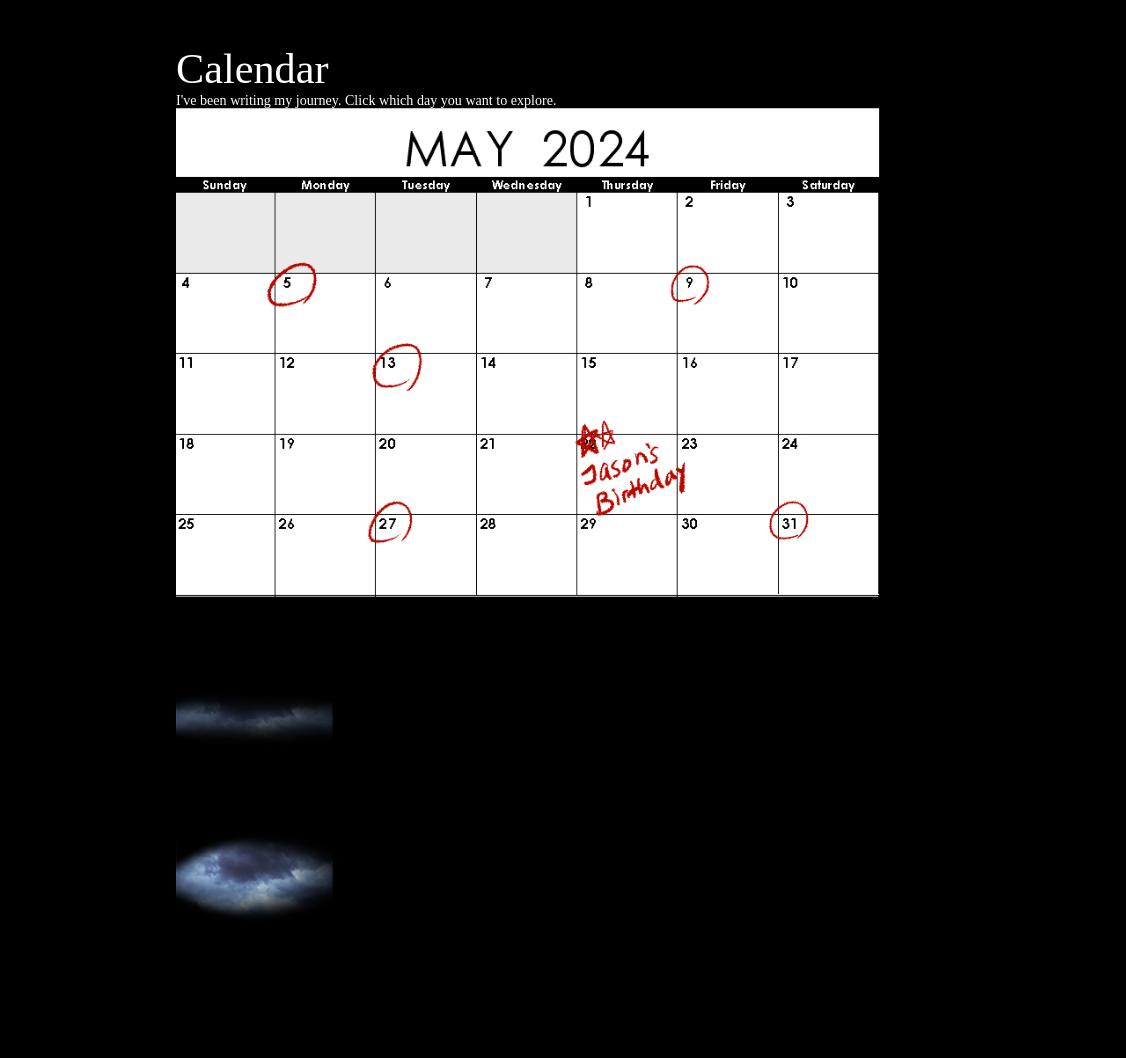
Repository: simj959/simj959.github.io
Page: final_website/page1.html
The author's editor kept a record of every edit. The page is drawn from the files as they stood at one moment, then again after the next edit.
The browser window is 1280 px wide. The pictures show the whole page, at 88% of full size.

Above is the page before.

After the next edit:
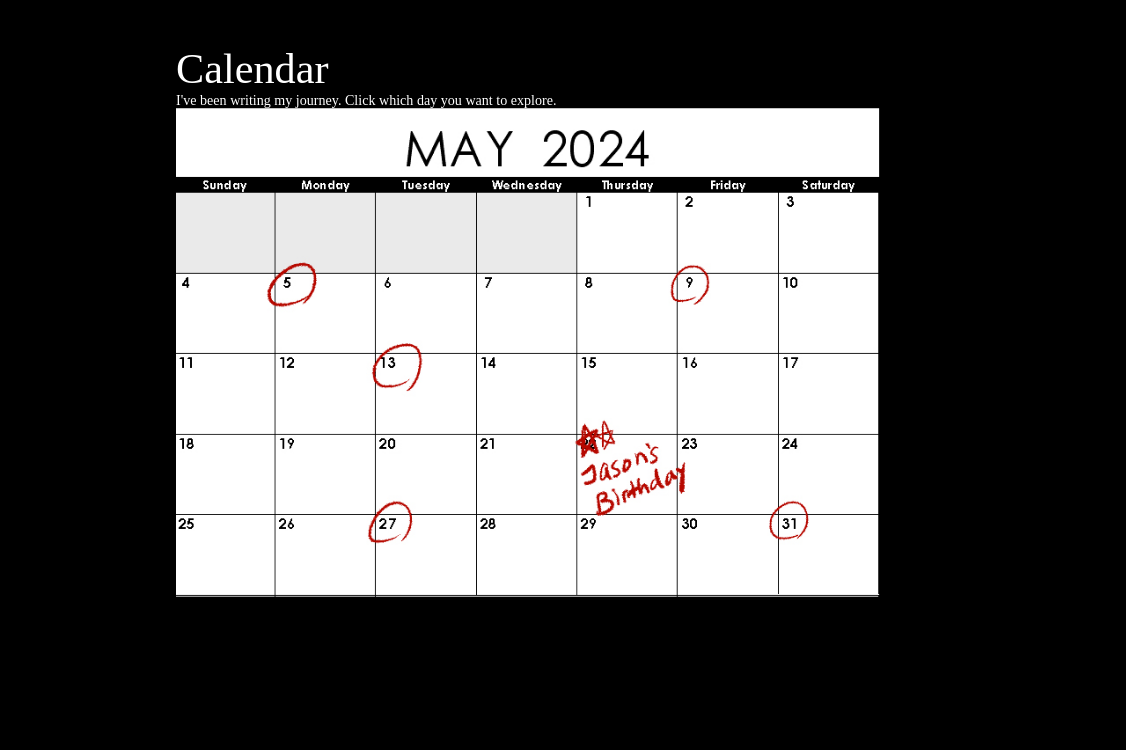
The edit:
--- a/final_website/page1.html
+++ b/final_website/page1.html
@@ -11,10 +11,6 @@
 <img src="calendar.jpg"><br>
 <br>
 <br>
-
-<img src="1.jpg">
-<br>
-<img src="2.jpg">
 <br>
 <br>
 <br>
